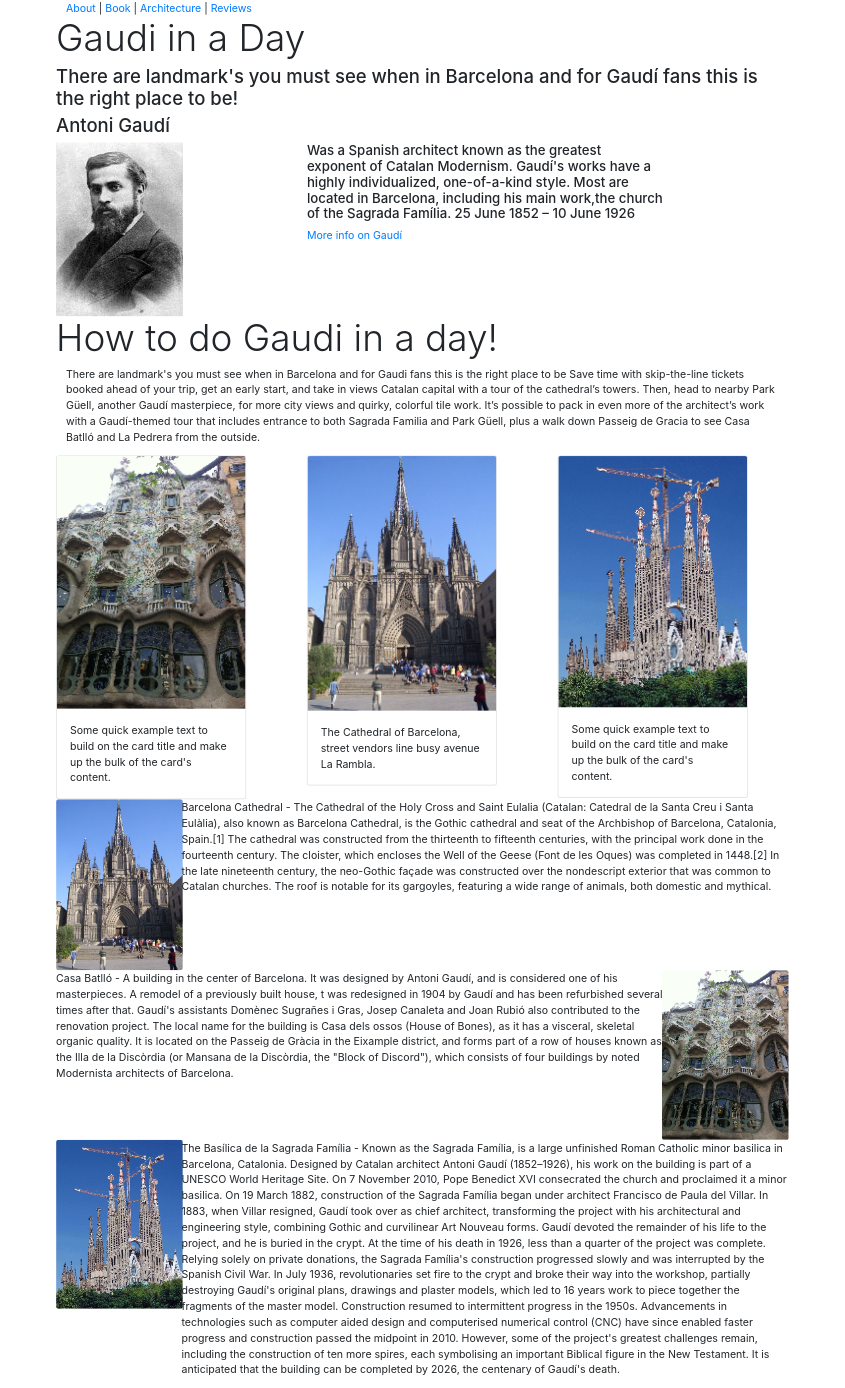
Repository: Taitdanielle/Milestone1
Page: index.html
The author's editor kept a record of every edit. The page is drawn from the files as they stood at one moment, then again after the next edit.
The browser window is 1280 px wide. The pictures show the whole page, at 66% of full size.

Above is the page before.

After the next edit:
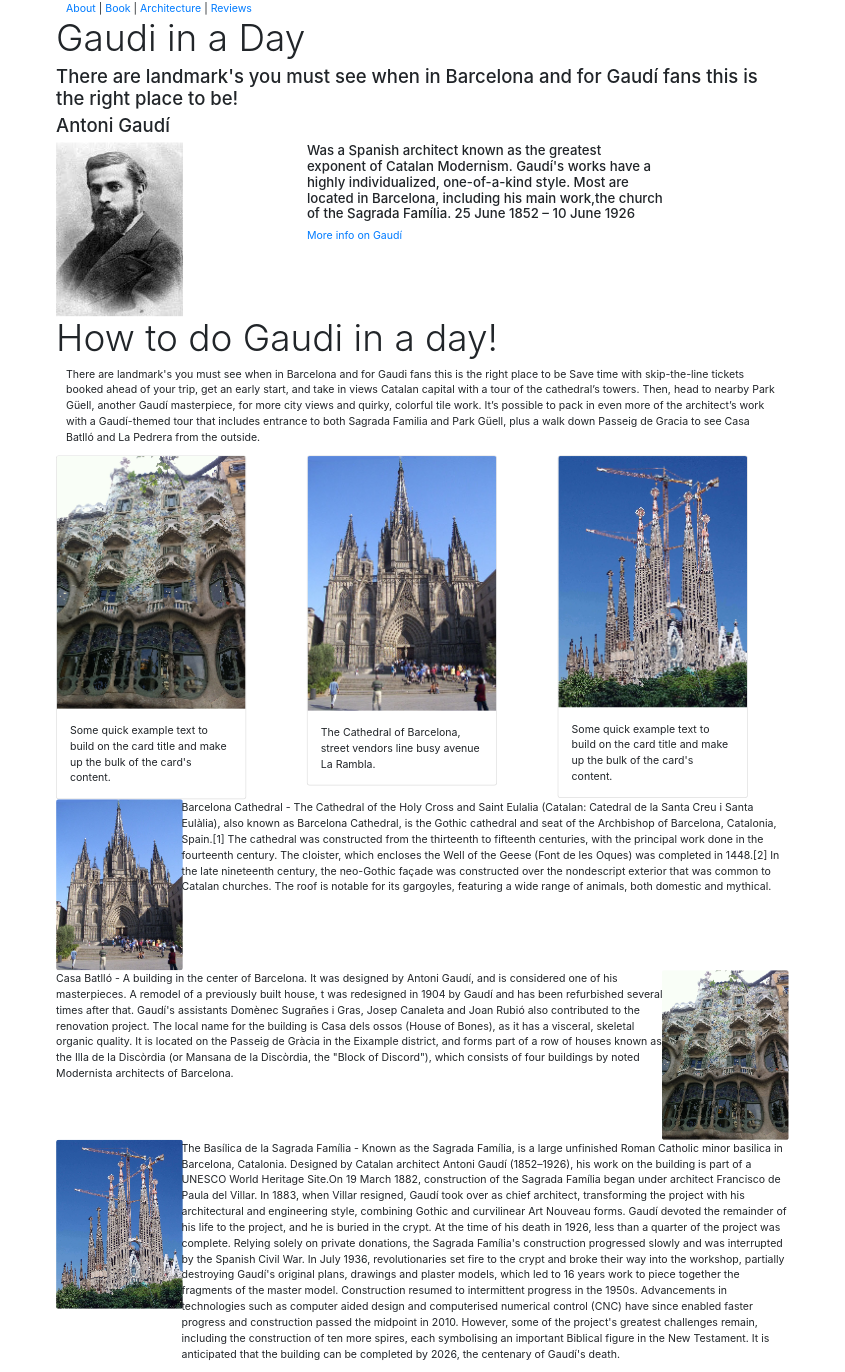
The edit:
--- a/index.html
+++ b/index.html
@@ -117,7 +117,7 @@
             </div>
             <div class="col-md-10">
                 <p class="par-padding-left"> The Basílica de la Sagrada Família - Known as the Sagrada Família, is a large unfinished Roman Catholic minor basilica in Barcelona, Catalonia. Designed by Catalan architect Antoni Gaudí (1852–1926), his work on the building is part of
-                    a UNESCO World Heritage Site. On 7 November 2010, Pope Benedict XVI consecrated the church and proclaimed it a minor basilica. On 19 March 1882, construction of the Sagrada Família began under architect Francisco de Paula del Villar.
+                    a UNESCO World Heritage Site.On 19 March 1882, construction of the Sagrada Família began under architect Francisco de Paula del Villar.
                     In 1883, when Villar resigned, Gaudí took over as chief architect, transforming the project with his architectural and engineering style, combining Gothic and curvilinear Art Nouveau forms. Gaudí devoted the remainder of his life to
                     the project, and he is buried in the crypt. At the time of his death in 1926, less than a quarter of the project was complete. Relying solely on private donations, the Sagrada Família's construction progressed slowly and was interrupted
                     by the Spanish Civil War. In July 1936, revolutionaries set fire to the crypt and broke their way into the workshop, partially destroying Gaudí's original plans, drawings and plaster models, which led to 16 years work to piece together
